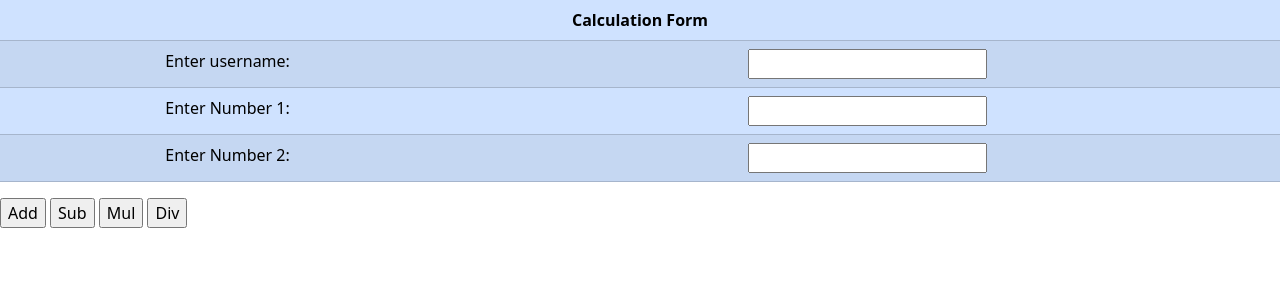
Repository: nyeinsu4520/coursera-test
Page: http://localhost/J2P_J2EE/calculation_form.jsp
These files come from the project's save history. The page is drawn as it stood at one moment and after the next save; the edit follows.
The browser window is 1280 px wide. The pictures show the whole page.
The page is served by Tomcat 9.

Above is the page before, as saved 2024-05-26 12:32:12.

### J2P_J2EE/src/main/webapp/calculation_form.jsp
<%@ page language="java" contentType="text/html; charset=ISO-8859-1"
    pageEncoding="ISO-8859-1"%>
<!DOCTYPE html>
<html>
<head>
<meta charset="ISO-8859-1">
<title>Calculation Form</title>
<link href="https://cdn.jsdelivr.net/npm/bootstrap@5.3.3/dist/css/bootstrap.min.css" rel="stylesheet" integrity="sha384-QWTKZyjpPEjISv5WaRU9OFeRpok6YctnYmDr5pNlyT2bRjXh0JMhjY6hW+ALEwIH" crossorigin="anonymous">
<script src="https://cdn.jsdelivr.net/npm/bootstrap@5.3.3/dist/js/bootstrap.bundle.min.js" integrity="sha384-YvpcrYf0tY3lHB60NNkmXc5s9fDVZLESaAA55NDzOxhy9GkcIdslK1eN7N6jIeHz" crossorigin="anonymous"></script>
</head>
<body class="">
	<form action="" method="post">
	<table class="table table-primary table-striped">

  	<thead>
  		<th colspan=2 style="text-align:center">Calculation Form</th>
  	</thead>
  	<tbody>
  	<tr style="text-align:center" >
  		<td>Enter username: </td>
  		<td><input type="text" name="uname"></td>
  	</tr>
  	<tr style="text-align:center">
  		<td>Enter Number 1: </td>
  		<td><input type="text" name="num1"></td>
  	</tr>
  	<tr style="text-align:center">
  		<td>Enter Number 2: </td>
  		<td><input type="text" name="num2"></td>
  	</tr>
  	</tbody>
	</table>
	<input type="submit" value="Add">
	<input type="submit" value="Sub">
	<input type="submit" value="Mul">
	<input type="submit" value="Div">
	</form>
</body>
</html>

After the next save:
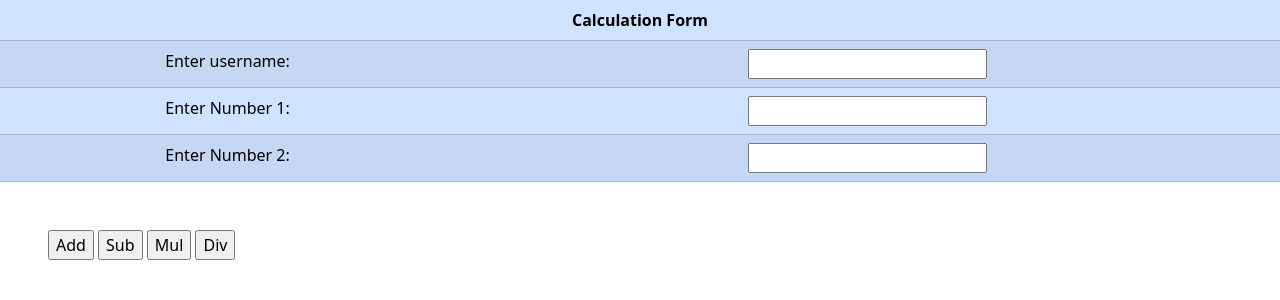
Saved 24 s later.
--- a/J2P_J2EE/src/main/webapp/calculation_form.jsp
+++ b/J2P_J2EE/src/main/webapp/calculation_form.jsp
@@ -30,10 +30,12 @@
   	</tr>
   	</tbody>
 	</table>
+	<div class="m-5">
 	<input type="submit" value="Add">
 	<input type="submit" value="Sub">
 	<input type="submit" value="Mul">
 	<input type="submit" value="Div">
+	</div>
 	</form>
 </body>
 </html>

After the save that followed:
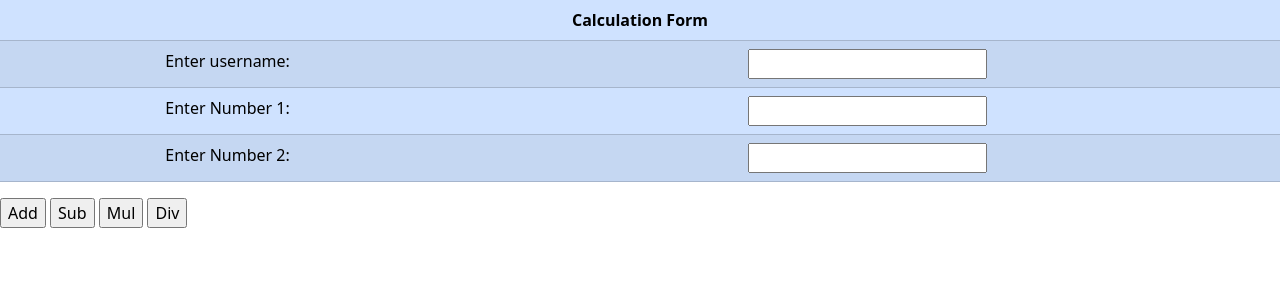
Saved 93 s later.
--- a/J2P_J2EE/src/main/webapp/calculation_form.jsp
+++ b/J2P_J2EE/src/main/webapp/calculation_form.jsp
@@ -30,7 +30,7 @@
   	</tr>
   	</tbody>
 	</table>
-	<div class="m-5">
+	<div class="mb-3">
 	<input type="submit" value="Add">
 	<input type="submit" value="Sub">
 	<input type="submit" value="Mul">
